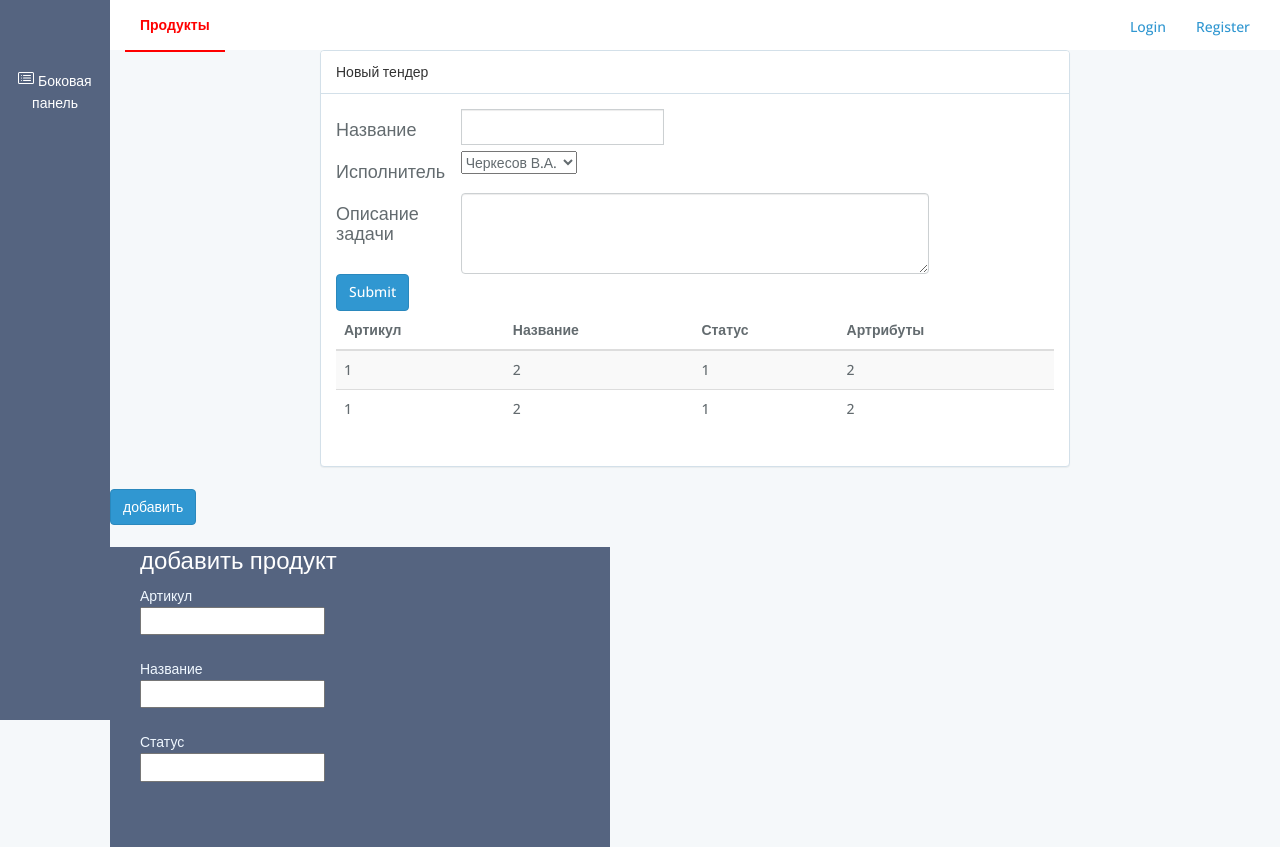
Repository: blackjack043/laravel-crud
Page: http://localhost/page2
An editor plug-in stored every save of this project. The page is shown before and after the next save, followed by the edit.
The browser window is 1280 px wide. The pictures show the whole page.
Some web fonts or font styles are not loaded; a fallback is used. The page is served by the project's Laravel application, run on PHP 8.4 with Laravel 8. Other server files are loaded and not shown.

Above is the page before, as saved 2022-03-07 15:59:47.

### routes/web.php
<?php

/*
|--------------------------------------------------------------------------
| Web Routes
|--------------------------------------------------------------------------
|
| Here is where you can register web routes for your application. These
| routes are loaded by the RouteServiceProvider within a group which
| contains the "web" middleware group. Now create something great!
|
*/
use Illuminate\Http\Request;
use App\Contact12;


Route::get('/', function () {
    return view('welcome');
});

Route::get('/page2', function () {
    return view('page2');
});



Route::post('/profile', 'ContactController@submit');

Auth::routes();

Route::get('/home', 'HomeController@index');

Auth::routes();

Route::get('/home', 'HomeController@index');

### resources/views/page2.blade.php
@extends('layouts.app2')

@section('content')
<div class="container">
    <div class="row">
        <div class="col-md-8 col-md-offset-2">
            <div class="panel panel-default">
                <div class="panel-heading">Новый тендер</div>
                <div class="panel-body">


        @if($errors->any())
            <div style=>
            @foreach ($errors->all() as $error)
            <div >
                {{$error}}
            </div>
            @endforeach
            </div>
         @endif
<form  method="POST" action="/profile">
{{ csrf_field() }}

                <div class="row" >
  <div class="col-md-2" ><h4>Название</h4></div>
  <div class="col-md-10">
<div class="input-group" >
<input type="text" name="label" class="form-control"  aria-describedby="sizing-addon2">
                </div></div>
</div>

<div class="row">
  <div class="col-md-2"><h4>Исполнитель</h4></div>
  <div class="col-md-10">
    <select name="ispolnitel">
    <option value="cherkesov">Черкесов В.А.</option>
    <option value="matancev">Матанцев Е.Р.</option>
    </select>
</div>
</div>

<div class="row">
  <div class="col-md-2"><h4>Описание задачи</h4></div>
  <div class="col-md-8">
		<textarea name="text" class="form-control" rows="3"></textarea>
</div>



</div>
<input type="submit" class="btn btn-primary">
</form>


<table class="table table-striped table-hover">
    <thead>
        <tr>
            <th>Артикул</th>
            <th>Название</th>
            <th>Статус</th>
            <th>Артрибуты</th>
            </tr>

    </thead>

    <tbody>
        <tr>
            <td>1</td>
            <td>2</td>
            <td>1</td>
            <td>2</td>
        </tr>
        <tr>
            <td>1</td>
            <td>2</td>
            <td>1</td>
            <td>2</td>
        </tr>
    </tbody>
</table>


                </div>
            </div>
        </div>
    </div>
</div>

<div>

<button class="btn btn-primary">добавить</button>
<div style="background-color: #556480;width:500px;height: 300px;padding-left:30px">
    <div style="color: white"><h3>добавить продукт</h3></div>

    <div> <span style="color:aliceblue"> Артикул </span> </div>
    <div><input type="text" /> </div>
    <br>
    <div> <span style="color:aliceblue"> Название </span> </div>
    <div><input type="text" /> </div>
    <br>
    <div> <span style="color:aliceblue"> Статус </span> </div>
    <div><input type="text" /> </div>
    <br>
</div>

</div>
@endsection

### resources/views/layouts/app2.blade.php
<!DOCTYPE html>
<html lang="en">
<head>
    <meta charset="utf-8">
    <meta http-equiv="X-UA-Compatible" content="IE=edge">
    <meta name="viewport" content="width=device-width, initial-scale=1">
    <link rel="preconnect" href="https://fonts.googleapis.com">
<link rel="preconnect" href="https://fonts.gstatic.com" crossorigin>
<link href="https://fonts.googleapis.com/css2?family=Open+Sans:wght@300;500;700&display=swap" rel="stylesheet">
    <!-- CSRF Token -->
    <meta name="csrf-token" content="{{ csrf_token() }}">

    <title>{{ config('app.name', 'Laravel') }}</title>

    <!-- Styles -->
    <link href="/css/app.css" rel="stylesheet">

    <!-- Scripts -->
    <script>
        window.Laravel = <?php echo json_encode([
            'csrfToken' => csrf_token(),
        ]); ?>
    </script>
</head>
<body style="font-family: 'Open Sans', sans-serif;">
    <div id="app" style="display: flex;">
        <div style="width:200px; height:100vh;background: #556480;color: white; font-size: 14px;text-align: center; padding-top:70px" >

        <svg xmlns="http://www.w3.org/2000/svg" width="16" height="16" fill="currentColor" class="bi bi-card-list" viewBox="0 0 16 16">
  <path d="M14.5 3a.5.5 0 0 1 .5.5v9a.5.5 0 0 1-.5.5h-13a.5.5 0 0 1-.5-.5v-9a.5.5 0 0 1 .5-.5h13zm-13-1A1.5 1.5 0 0 0 0 3.5v9A1.5 1.5 0 0 0 1.5 14h13a1.5 1.5 0 0 0 1.5-1.5v-9A1.5 1.5 0 0 0 14.5 2h-13z"/>
  <path d="M5 8a.5.5 0 0 1 .5-.5h7a.5.5 0 0 1 0 1h-7A.5.5 0 0 1 5 8zm0-2.5a.5.5 0 0 1 .5-.5h7a.5.5 0 0 1 0 1h-7a.5.5 0 0 1-.5-.5zm0 5a.5.5 0 0 1 .5-.5h7a.5.5 0 0 1 0 1h-7a.5.5 0 0 1-.5-.5zm-1-5a.5.5 0 1 1-1 0 .5.5 0 0 1 1 0zM4 8a.5.5 0 1 1-1 0 .5.5 0 0 1 1 0zm0 2.5a.5.5 0 1 1-1 0 .5.5 0 0 1 1 0z"/>
</svg>
<span style="padding-top: 0px"> Боковая панель</span>
       </div>
        <div style="display:inline; ">
        <nav class="" style="height: 50px; background: white; color:#f5f5f5">
            <div class="container">
                <div class="navbar-header">

                </div>

                <div style="display: flex; justify-content:space-between">
                    <!-- Left Side Of Navbar -->
                    <ul class="nav navbar-nav navbar-left">
                        &nbsp;
                        <li style="border-bottom: 2px solid red; color: red"><a href="#" style="color: red; font-weight: bold">Продукты</a></li>
                    </ul>

                    <!-- Right Side Of Navbar -->
                    <ul class="nav navbar-nav " style="align-self:flex-end">
                        <!-- Authentication Links -->
                        @if (Auth::guest())
                            <li><a href="{{ url('/login') }}">Login</a></li>
                            <li><a href="{{ url('/register') }}">Register</a></li>
                        @else
                            <li class="dropdown">
                                <a href="#" class="dropdown-toggle" data-toggle="dropdown" role="button" aria-expanded="false">
                                    {{ Auth::user()->name }} <span class="caret"></span>
                                </a>

                                <ul class="dropdown-menu" role="menu">
                                    <li>
                                        <a href="{{ url('/logout') }}"
                                            onclick="event.preventDefault();
                                                     document.getElementById('logout-form').submit();">
                                            Logout
                                        </a>

                                        <form id="logout-form" action="{{ url('/logout') }}" method="POST" style="display: none;">
                                            {{ csrf_field() }}
                                        </form>
                                    </li>
                                </ul>
                            </li>
                        @endif
                    </ul>
                </div>
            </div>
        </nav>

        @yield('content')
    </div>
    </div>
    <!-- Scripts -->
    <script src="/js/app.js"></script>
</body>
</html>

Loaded but not shown: app/Http/Controllers/Auth/LoginController.php (common file); app/Http/Controllers/Controller.php (common file); public/css/app.css (library); public/js/app.js (library)

After the next save:
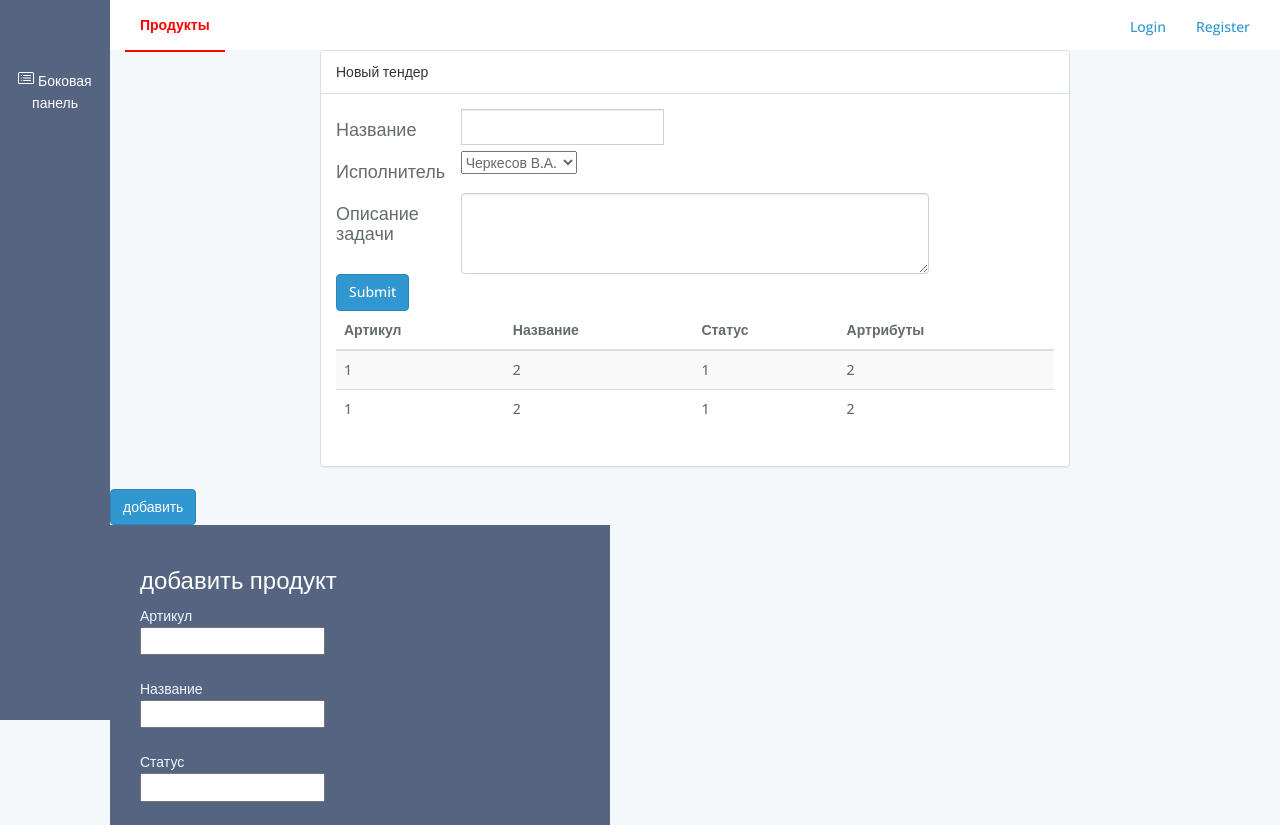
Saved 16 s later.
--- a/resources/views/page2.blade.php
+++ b/resources/views/page2.blade.php
@@ -89,7 +89,7 @@
 <div>
 
 <button class="btn btn-primary">добавить</button>
-<div style="background-color: #556480;width:500px;height: 300px;padding-left:30px">
+<div style="background-color: #556480;width:500px;height: 300px;padding-left:30px;padding-top:20px;">
     <div style="color: white"><h3>добавить продукт</h3></div>
 
     <div> <span style="color:aliceblue"> Артикул </span> </div>
